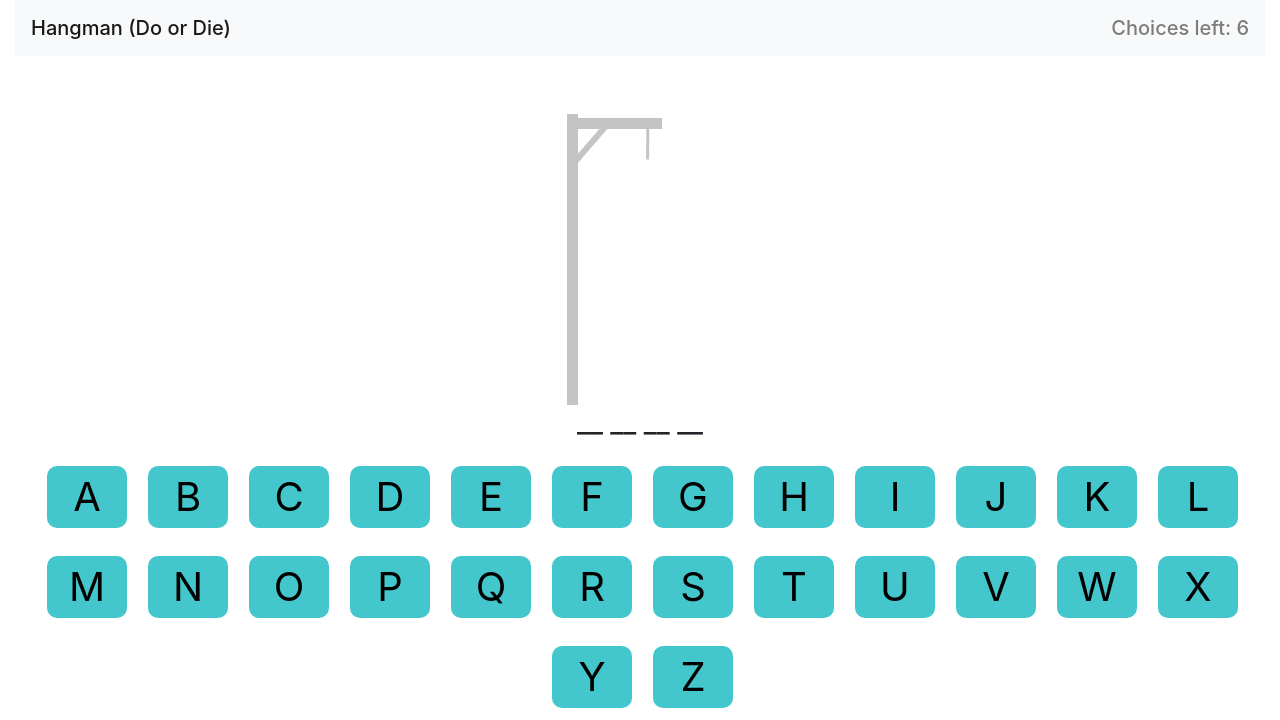
Repository: jatinhchanchlani/hangman
Page: /
The author's editor kept a copy of each file at every save. The page is drawn from the files as they stood at one save, then again after the next save.
The browser window is 1280 px wide. The pictures show the whole page.
The project was rebuilt for these pictures with package versions that can differ from the ones it lists, and the page was loaded fresh each time. Also part of the build but not shown: src/App.css, src/components/playAgain.jsx.

Above is the page before, as saved 2020-10-25 21:05:39.

### src/index.js
import React from 'react';
import ReactDOM from 'react-dom';
import './index.css';
import App from './App';
import * as serviceWorker from './serviceWorker';
import 'bootstrap/dist/css/bootstrap.css';

ReactDOM.render( <
  React.StrictMode >
  <
  App / >
  <
  /React.StrictMode>,
  document.getElementById('root')
);

// If you want your app to work offline and load faster, you can change
// unregister() to register() below. Note this comes with some pitfalls.
// Learn more about service workers: https://bit.ly/CRA-PWA
serviceWorker.unregister();

### src/App.js
import React from 'react';
import './App.css';
import Game from './components/game';

function App() {
  return ( <
    Game / >
  );
}

export default App;

### src/components/game.jsx
import React, { Component } from "react";
import Header from "./header";
import PlayAgain from "./playAgain";
import { getOutputCharacters } from "../model/cities";
import OutputCharacters from "./outputCharacters";
import Hangman from "./image";
import InputCharacters from "./inputCharacters";

const MAX_CHOICES = 6;

class Game extends Component {
  state = {
    maxChoices: MAX_CHOICES,
    choicesLeft: MAX_CHOICES,
    outputCharacters: getOutputCharacters(),
    inputCharacters: this.getAllLetters(),
  };

  render() {
    return (
      <div className="container-fluid">
        <Header choicesLeft={this.state.choicesLeft} />

        <div className="text-center">
          <Hangman
            choicesLeft={this.state.choicesLeft}
            maxChoices={this.state.maxChoices}
          />
        </div>

        <div className="text-center">
          <OutputCharacters
            characters={this.state.outputCharacters}
            gameLost={this.gameLost()}
          />
        </div>

        <div className="text-center">
          <InputCharacters
            characters={this.state.inputCharacters}
            onClick={(character) => this.handleInputCharacterClicked(character)}
            gameWon={this.gameWon()}
            gameLost={this.gameLost()}
          />

          <PlayAgain
            gameWon={this.gameWon()}
            gameLost={this.gameLost()}
            onClick={() => this.handleReset()}
          />
        </div>
      </div>
    );
  }

  handleInputCharacterClicked(character) {
    if (character.canClick) {
      const { outputCharacters, inputCharacters, choicesLeft } = this.state;
      outputCharacters
        .filter((c) => c.value.toUpperCase() === character.value)
        .map((c) => (c.guessed = true));

      const letterMatch = outputCharacters.some(
        (c) => c.value.toUpperCase() === character.value
      );

      const choices = letterMatch ? choicesLeft : choicesLeft - 1;

      const l = inputCharacters.indexOf(character);
      inputCharacters[l].canClick = false;
      this.setState({
        choicesLeft: choices,
        inputCharacters: inputCharacters,
        outputCharacters: outputCharacters,
      });
    }
  }

  gameWon() {
    return this.state.outputCharacters.every((c) => c.guessed === true);
  }

  gameLost() {
    return this.state.choicesLeft === 0;
  }

  handleReset() {
    this.setState({
      maxChoices: MAX_CHOICES,
      choicesLeft: MAX_CHOICES,
      outputCharacters: getOutputCharacters(),
      inputCharacters: this.getAllLetters(),
    });
  }

  getAllLetters() {
    return Array(26)
      .fill()
      .map((_, index) => String.fromCharCode("A".charCodeAt(0) + index))
      .map((char) => ({ value: char, canClick: true }));
  }
}

export default Game;

### src/components/header.jsx
import React, { Component } from "react";

class Header extends Component {
  render() {
    return (
      <nav className="navbar navbar-light bg-light d-flex flex-column flex-sm-row">
        <span className="navbar-brand mb-0 h1">Hangman (Do or Die)</span>
        <span className="mb-0 h5 navbar-text nav-item">
          Choices left: {this.props.choicesLeft}
        </span>
      </nav>
    );
  }
}

export default Header;

### src/model/cities.js
const MIN = 0;
const MAX = 24;

const cities = {
    0: "Mumbai",
    1: "New Delhi",
    2: "Chennai",
    3: "Hyderabad",
    4: "Bengaluru",
    5: "Ahmedabad",
    6: "Jaipur",
    7: "Kolkata",
    8: "Lucknow",
    9: "Bhopal",
    10: "Chandigarh",
    11: "Patna",
    12: "Jabalpur",
    13: "Pune",
    14: "Surat",
    15: "Indore",
    16: "Kanpur",
    17: "Visakhapatnam",
    18: "Agra",
    19: "Varanasi",
    20: "Amritsar",
    21: "Udaipur",
    22: "Noida",
    23: "Ludhiana",
    24: "Gwalior",
}

// Returns a random number between min and max. Min and max are both inclusive
export function getRandomIntInclusive(min, max) {
    min = Math.ceil(min);
    max = Math.floor(max);
    return Math.floor(Math.random() * (max - min + 1) + min);
}

export function getOutputCharacters() {
    const city = cities[getRandomIntInclusive(MIN, MAX)];
    return [...city].map(c => ({
        value: c,
        guessed: false
    }));
}

### src/components/outputCharacters.jsx
import React, { Component } from "react";

class OutputCharacters extends Component {
  render() {
    const { characters, gameLost } = this.props;
    console.log(characters);
    return (
      <React.Fragment>
        <h3>{characters.map((c) => this.getCharacter(c, gameLost))}</h3>
      </React.Fragment>
    );
  }

  getCharacter(character, gameLost) {
    const emptySpace = "        ";
    if (character.value === " ") {
      return emptySpace;
    } else {
      if (character.guessed || gameLost) {
        return character.value.toUpperCase() + emptySpace;
      } else {
        return "__" + emptySpace;
      }
    }
  }
}

export default OutputCharacters;

### src/components/image.jsx
import React, { Component } from "react";

class Image extends Component {
  render() {
    const { choicesLeft, maxChoices } = this.props;
    const imagePath = maxChoices - choicesLeft + ".jpg";
    return <img src={require("../images/" + imagePath)} alt={imagePath} />;
  }
}

export default Image;

### src/components/inputCharacters.jsx
import React, { Component } from "react";
import "../css/letters.css";

class InputCharacters extends Component {
  render() {
    const { characters, gameWon, gameLost } = this.props;
    console.log(gameWon);
    if (gameWon || gameLost) {
      return null;
    } else {
      return characters.map((character) => (
        <button
          key={character.value}
          className="letter-button"
          style={{ backgroundColor: this.getBackground(character) }}
          onClick={() => this.props.onClick(character)}
        >
          {character.value}
        </button>
      ));
    }
  }

  getBackground(character) {
    if (character.canClick) {
      return "#43c7cc";
    } else {
      return "Red";
    }
  }
}

export default InputCharacters;

### src/css/letters.css
.letter-button {
    border: none;
    font-family: inherit;
    font-size: 2.5rem;
    cursor: pointer;
    width: 5rem;
    margin: 18px 8px 10px 13px;
    letter-spacing: 0;
    outline: none !important;
    color: #000;
    border-radius: 10px;
}

.letter-button:hover {
    box-shadow: 0 12px 16px 0 rgba(0, 0, 0, 0.24), 0 17px 50px 0 rgba(0, 0, 0, 0.19);
}

Loaded but not shown: public/index.html (common file); src/index.css (common file); src/serviceWorker.js (common file)

After the next save:
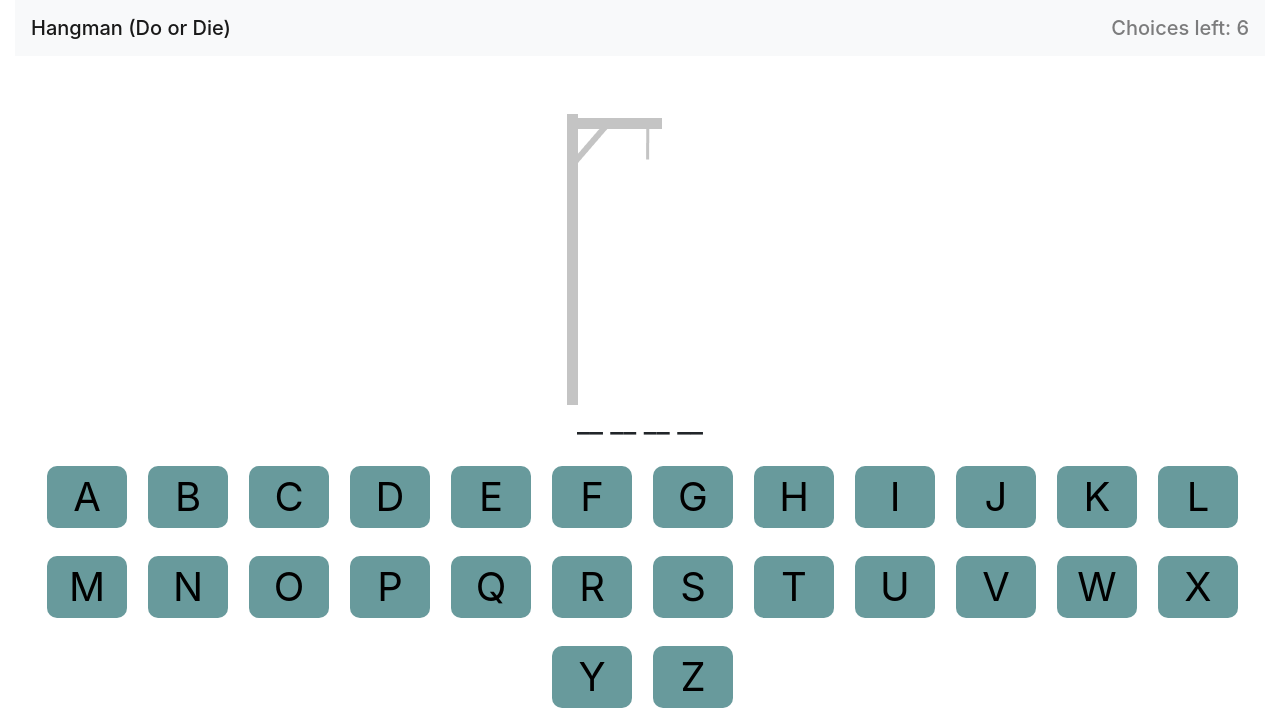
Saved 19 s later.
--- a/src/components/inputCharacters.jsx
+++ b/src/components/inputCharacters.jsx
@@ -23,7 +23,7 @@ class InputCharacters extends Component {
 
   getBackground(character) {
     if (character.canClick) {
-      return "#43c7cc";
+      return "#689a9c";
     } else {
       return "Red";
     }
